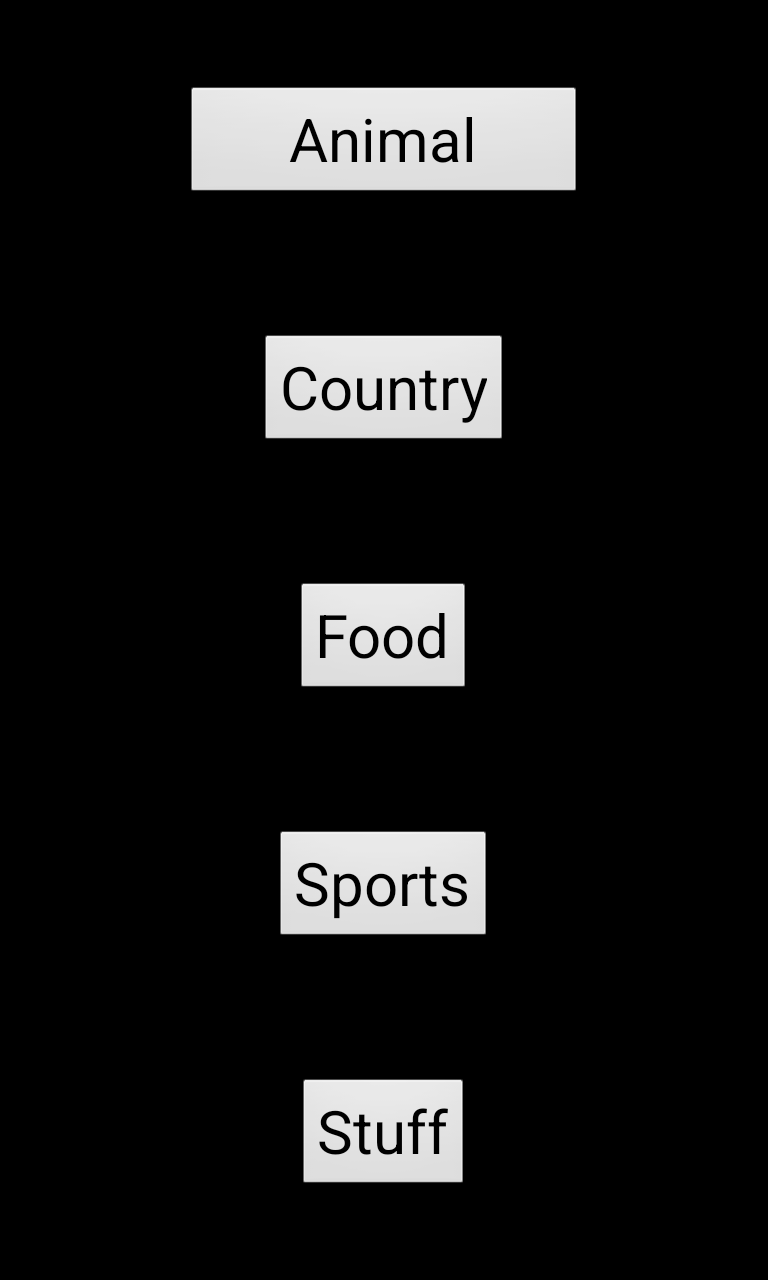
Repository: aster9725/HK-CityU-SummerExchange
Layout: Copy of WordQuiz/res/layout/activity_category.xml
These files come from the project's save history. The layout is drawn as it stood at one moment and after the next save; the edit follows.
It is drawn on a 768 x 1280 px phone screen (xhdpi) without system bars, with theme android:Theme; the app's code is not run.

Above is the layout before, as saved 2014-07-24 10:05:00.

### Copy of WordQuiz/res/layout/activity_category.xml
<?xml version="1.0" encoding="utf-8"?>
<LinearLayout xmlns:android="http://schemas.android.com/apk/res/android"
    android:layout_width="match_parent"
    android:layout_height="match_parent"
    android:orientation="vertical"
    android:paddingTop="10dp"
    android:paddingBottom="10dp">

    <LinearLayout
        android:layout_width="match_parent"
        android:layout_height="wrap_content"
        android:layout_weight="1"
        android:gravity="center_vertical|center_horizontal"
        android:orientation="horizontal" >

        <Button
            android:id="@+id/category_animal"
            android:layout_width="200sp"
            android:layout_height="wrap_content"
            android:text="Animal"
            android:textSize="30sp" />
    </LinearLayout>

    <LinearLayout
        android:layout_width="match_parent"
        android:layout_height="wrap_content"
        android:layout_weight="1"
        android:gravity="center_vertical|center_horizontal"
        android:orientation="horizontal" >

        <Button
            android:id="@+id/category_country"
            android:layout_width="wrap_content"
            android:layout_height="wrap_content"
            android:text="Country"
            android:textSize="30sp" />
    </LinearLayout>

    <LinearLayout
        android:layout_width="match_parent"
        android:layout_height="wrap_content"
        android:layout_weight="1"
        android:gravity="center_vertical|center_horizontal"
        android:orientation="horizontal" >

        <Button
            android:id="@+id/category_food"
            android:layout_width="wrap_content"
            android:layout_height="wrap_content"
            android:text="Food"
            android:textSize="30sp" />
    </LinearLayout>

    <LinearLayout
        android:layout_width="match_parent"
        android:layout_height="wrap_content"
        android:layout_weight="1"
        android:gravity="center_vertical|center_horizontal"
        android:orientation="horizontal" >

        <Button
            android:id="@+id/category_sport"
            android:layout_width="wrap_content"
            android:layout_height="wrap_content"
            android:text="Sports"
            android:textSize="30sp" />
    </LinearLayout>

    <LinearLayout
        android:layout_width="match_parent"
        android:layout_height="wrap_content"
        android:layout_weight="1"
        android:gravity="center_vertical|center_horizontal"
        android:orientation="horizontal" >

        <Button
            android:id="@+id/category_stuff"
            android:layout_width="wrap_content"
            android:layout_height="wrap_content"
            android:text="Stuff"
            android:textSize="30sp" />
    </LinearLayout>

</LinearLayout>

After the next save:
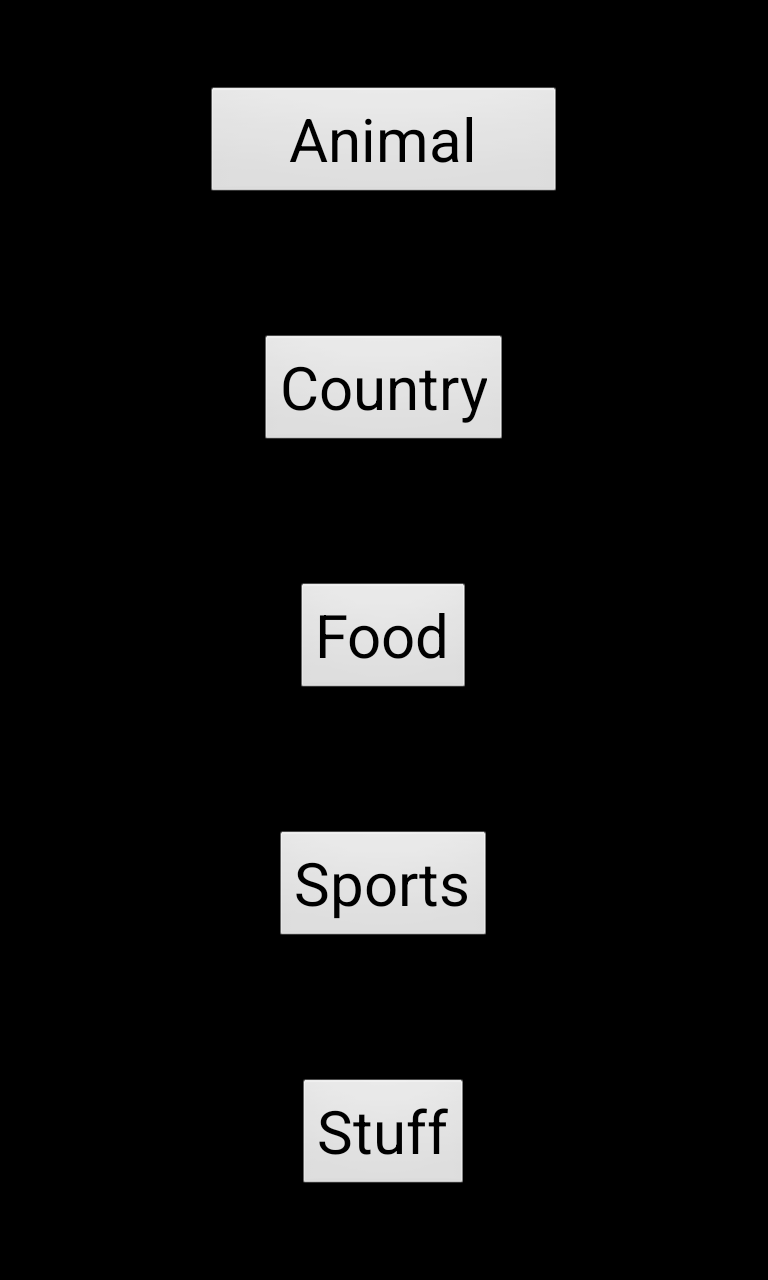
Saved 6 s later.
--- a/Copy of WordQuiz/res/layout/activity_category.xml
+++ b/Copy of WordQuiz/res/layout/activity_category.xml
@@ -15,7 +15,7 @@
 
         <Button
             android:id="@+id/category_animal"
-            android:layout_width="200sp"
+            android:layout_width="180sp"
             android:layout_height="wrap_content"
             android:text="Animal"
             android:textSize="30sp" />
